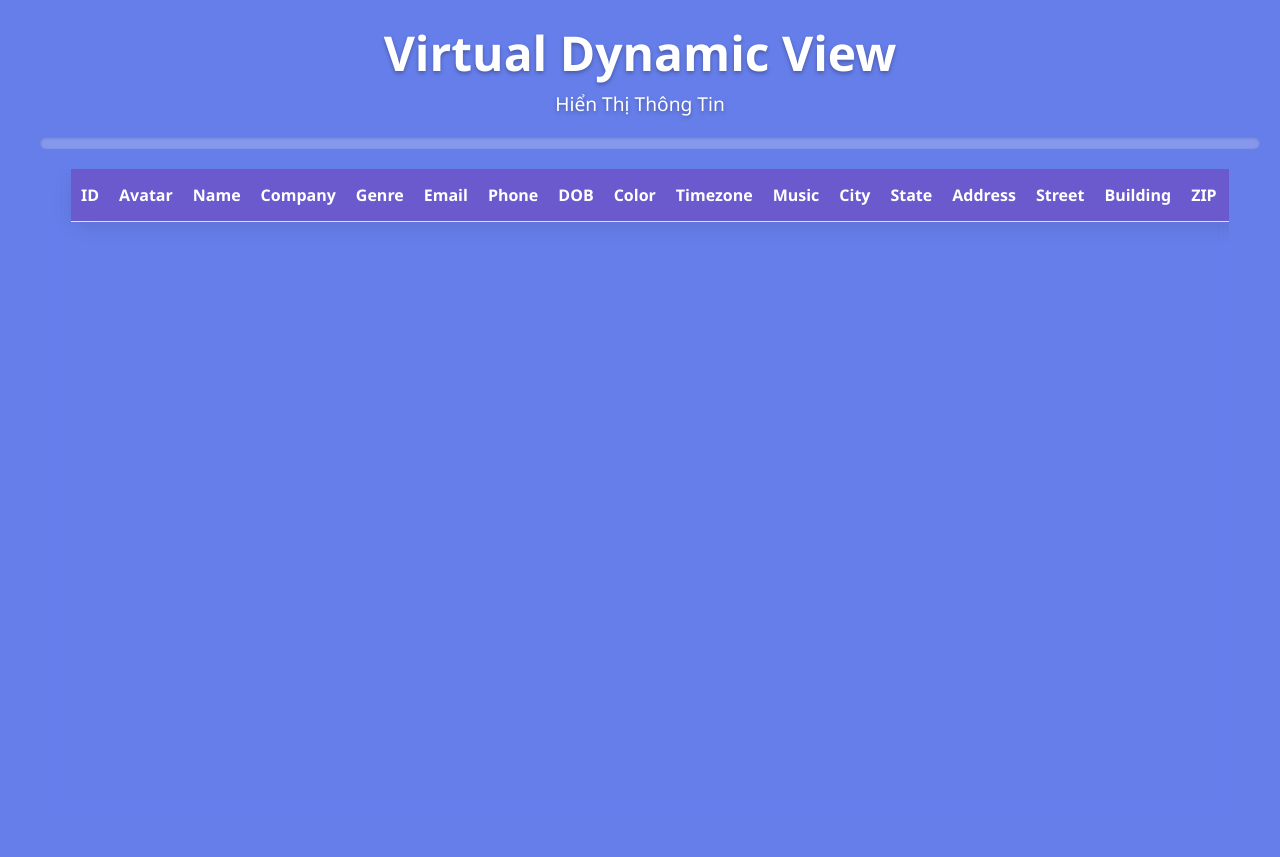
Repository: trunghau06/BaiTapjs_4
Page: index.html
The author's editor kept a copy of each file at every save. The page is drawn from the files as they stood at one save, then again after the next save.
The browser window is 1280 px wide. The pictures show the whole page.
The page's requests for data from a server got no answer.

Above is the page before, as saved 2025-11-01 21:45:14.

After the next save:
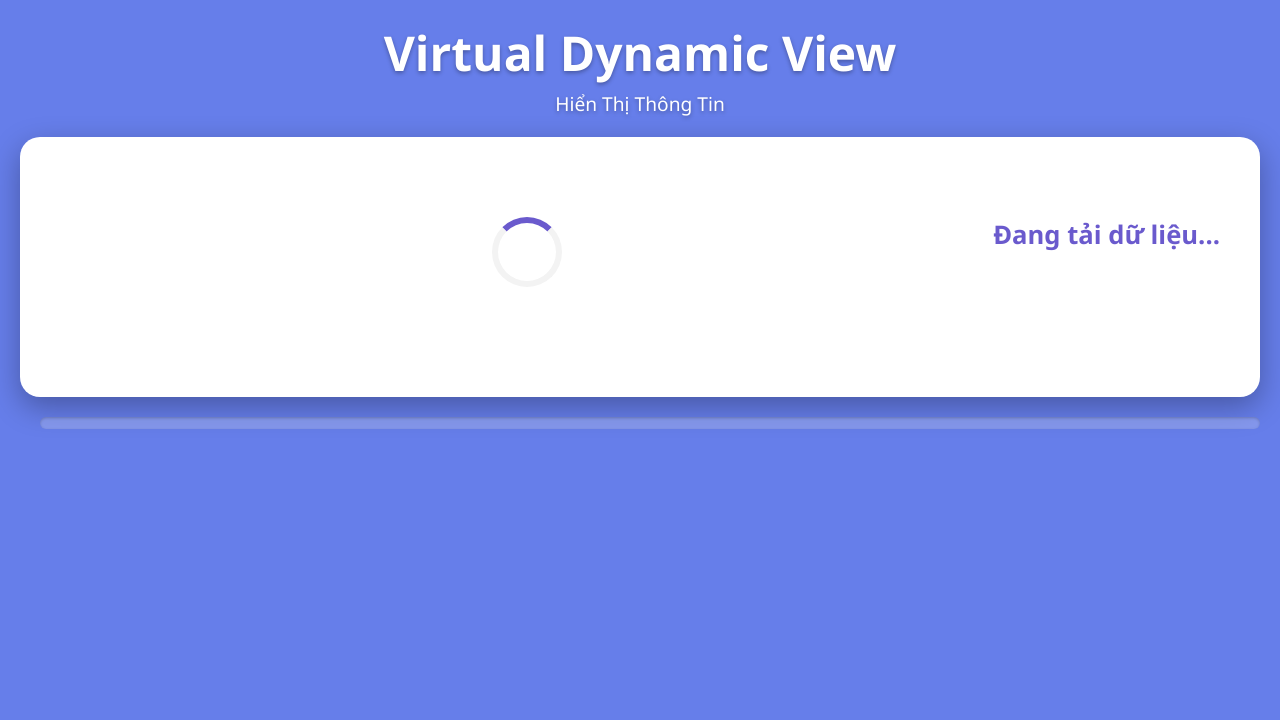
Saved 6 min 19 s later.
--- a/main.js
+++ b/main.js
@@ -35,24 +35,36 @@ class ResponsiveVirtualView {
         return window.innerWidth <= 768; // kiem tra xem hien tai co phai mobile view hay khong
     }
 
-    async init() {
-        await this.loadInitialData(); // load du lieu ban dau tu API
-        this.cardsContainer.style.display = 'block';
-
-        window.requestAnimationFrame(() => {
-            this.updateViewMode();
-
-            this.createTemporaryElement();
-            this.calculateLayout();
-            this.removeTemporaryElement();
-
-            this.setupScrollListener();
-            this.setupResizeListener();
-            this.setupHorizontalSync();
+   async init() {
+    const loader = document.getElementById('loader');
+    loader.style.display = 'flex';
+
+    // Giới hạn spinner <= 1s
+    const timeoutPromise = new Promise(resolve => setTimeout(resolve, 1000));
+
+    // Gọi API
+    const apiPromise = fetch('https://671891927fc4c5ff8f49fcac.mockapi.io/v2/users')
+        .then(res => res.json());
+
+    // Đợi cái nào xong trước (API hoặc timeout)
+    const result = await Promise.race([apiPromise, timeoutPromise]);
+
+    // Ẩn loader sau 1s hoặc khi API xong
+    loader.style.display = 'none';
+    document.getElementById('cardsContainer').style.display = 'block';
+
+    // Nếu API chưa xong sau 1s thì load sau (ẩn spinner rồi render sau)
+    if (!result) {
+        apiPromise.then(data => {
+            this.data = data;
             this.render();
-            this.loader.style.display = 'none';
-        });
-    }
+        });
+    } else {
+        this.data = result;
+        this.render();
+    }
+}
+
 
     async loadInitialData() {
         const promises = [];
